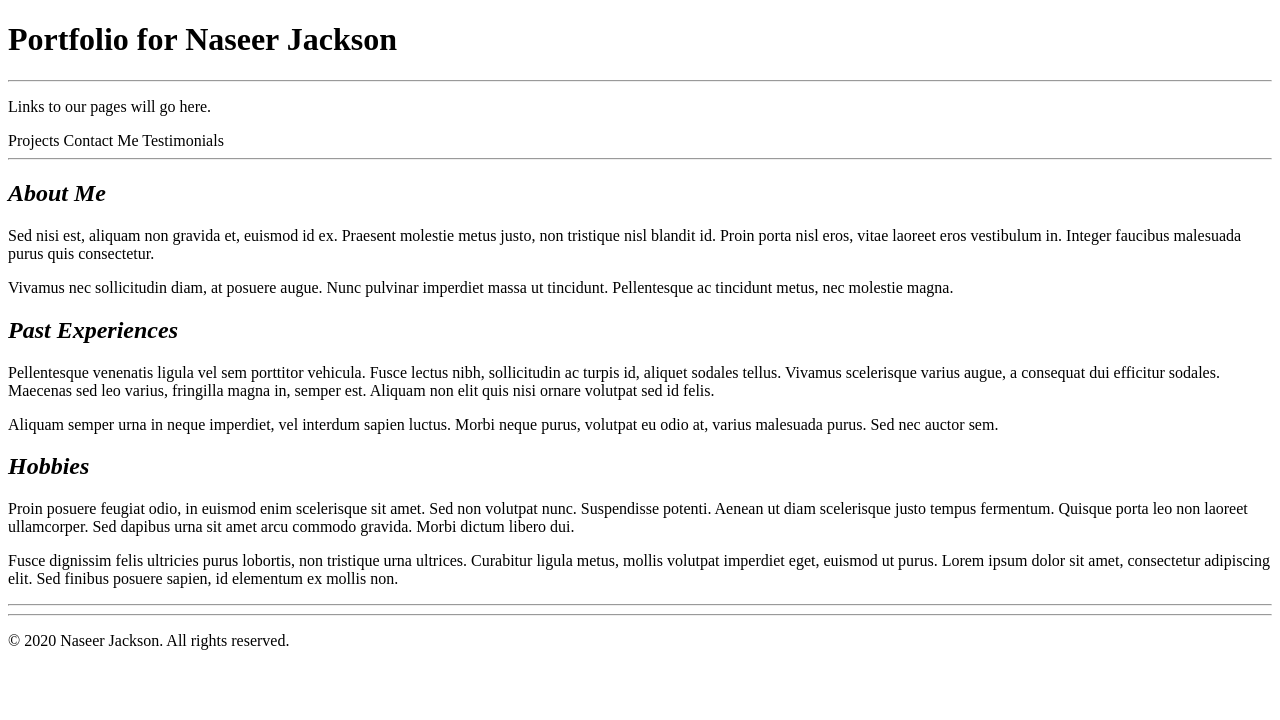
Repository: nj10deadend/Mthree-Intro-to-WebDev
Page: classwork/portfolio/index.html
These files come from the project's save history. The page is drawn as it stood at one moment and after the next save; the edit follows.
The browser window is 1280 px wide. The pictures show the whole page.

Above is the page before, as saved 2021-11-30 15:49:17.

### classwork/portfolio/index.html
<!DOCTYPE html>

<!--
    Name: Naseer Jackson
    Date Created: 11/30/2021
    Most recent revision:
-->
<html lang="en">
<head>
    <meta charset="UTF-8">
    <meta http-equiv="X-UA-Compatible" content="IE=edge">
    <meta name="viewport" content="width=device-width, initial-scale=1.0">
    <title>Naseer's Portfolio</title>
</head>
<body>

    <header>

        <h1>Portfolio for Naseer Jackson</h1>

    </header>

    <hr>
        <!-- We need to add links to projects.html, contact.html, and testimonials.html -->
    <p>Links to our pages will go here.</p>

    <nav>
        Projects
        Contact Me
        Testimonials
    </nav>
    <hr>

    <section>
        <article id="about-me">
            <h2><em>About Me</em></h2>
            <p>Sed nisi est, aliquam non gravida et, euismod id ex. Praesent molestie metus justo, non tristique nisl blandit id. Proin porta nisl eros, vitae laoreet eros vestibulum in. Integer faucibus malesuada purus quis consectetur.</p>
            <p>Vivamus nec sollicitudin diam, at posuere augue. Nunc pulvinar imperdiet massa ut tincidunt. Pellentesque ac tincidunt metus, nec molestie magna.</p>

        </article>

        <article id="past-experiences">

            <h2><em>Past Experiences</em></h2>
            <p>Pellentesque venenatis ligula vel sem porttitor vehicula. Fusce lectus nibh, sollicitudin ac turpis id, aliquet sodales tellus. Vivamus scelerisque varius augue, a consequat dui efficitur sodales. Maecenas sed leo varius, fringilla magna in, semper est. Aliquam non elit quis nisi ornare volutpat sed id felis.</p>
            <p>Aliquam semper urna in neque imperdiet, vel interdum sapien luctus. Morbi neque purus, volutpat eu odio at, varius malesuada purus. Sed nec auctor sem.</p>

        </article>

        <article id="Hobbies">

            <h2><em>Hobbies</em></h2>
            <p>Proin posuere feugiat odio, in euismod enim scelerisque sit amet. Sed non volutpat nunc. Suspendisse potenti. Aenean ut diam scelerisque justo tempus fermentum. Quisque porta leo non laoreet ullamcorper. Sed dapibus urna sit amet arcu commodo gravida. Morbi dictum libero dui. </p>
            <p>Fusce dignissim felis ultricies purus lobortis, non tristique urna ultrices. Curabitur ligula metus, mollis volutpat imperdiet eget, euismod ut purus. Lorem ipsum dolor sit amet, consectetur adipiscing elit. Sed finibus posuere sapien, id elementum ex mollis non.</p>

        </article>

        <hr>

    </section>

    <footer>
        <hr>
        <p>&copy; 2020 Naseer Jackson. All rights reserved.</p>
    </footer>


</body>
</html>

After the next save:
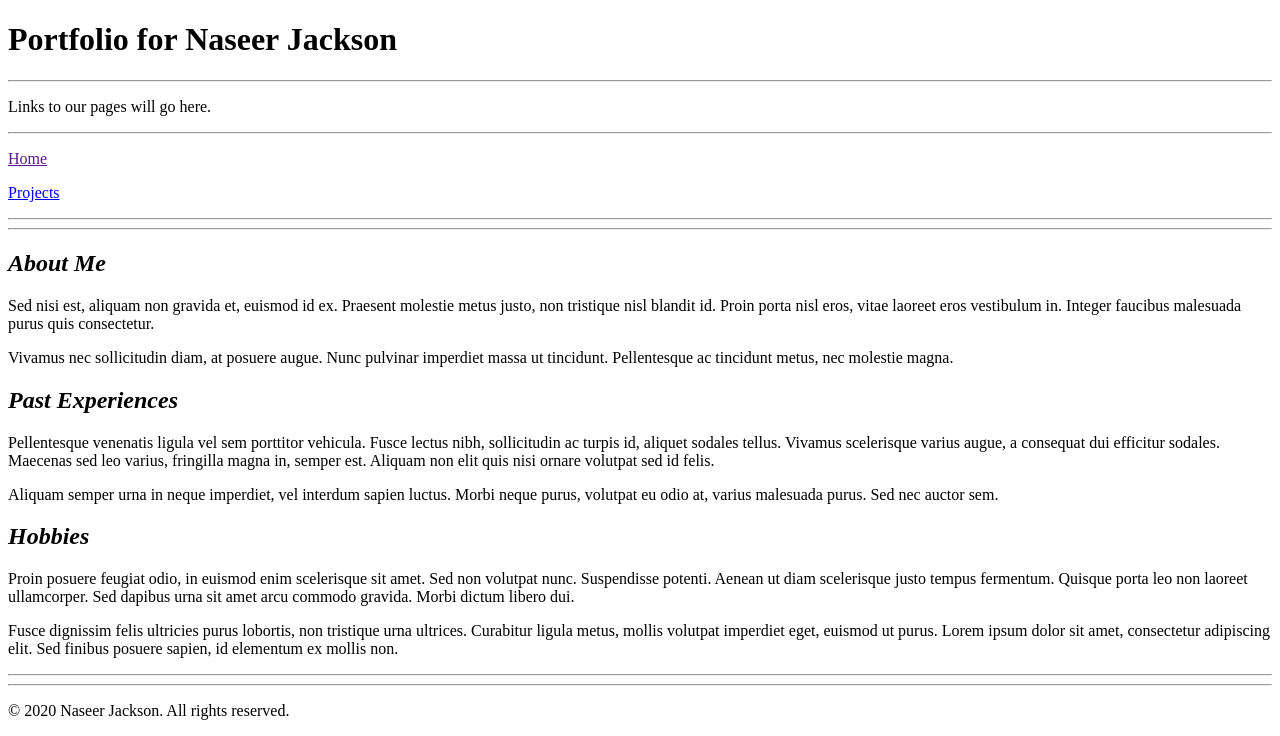
Saved 17 h 18 min later.
--- a/classwork/portfolio/index.html
+++ b/classwork/portfolio/index.html
@@ -24,10 +24,17 @@
         <!-- We need to add links to projects.html, contact.html, and testimonials.html -->
     <p>Links to our pages will go here.</p>
 
-    <nav>
+    <!-- <nav>
         Projects
         Contact Me
         Testimonials
+    </nav> -->
+
+    <nav> <!-- The nav element will include navigation buttons or links -->
+        <hr>
+        <p><a href="">Home</a></p>
+        <p><a href="projects.html">Projects</a></p>
+        <hr>
     </nav>
     <hr>
 
